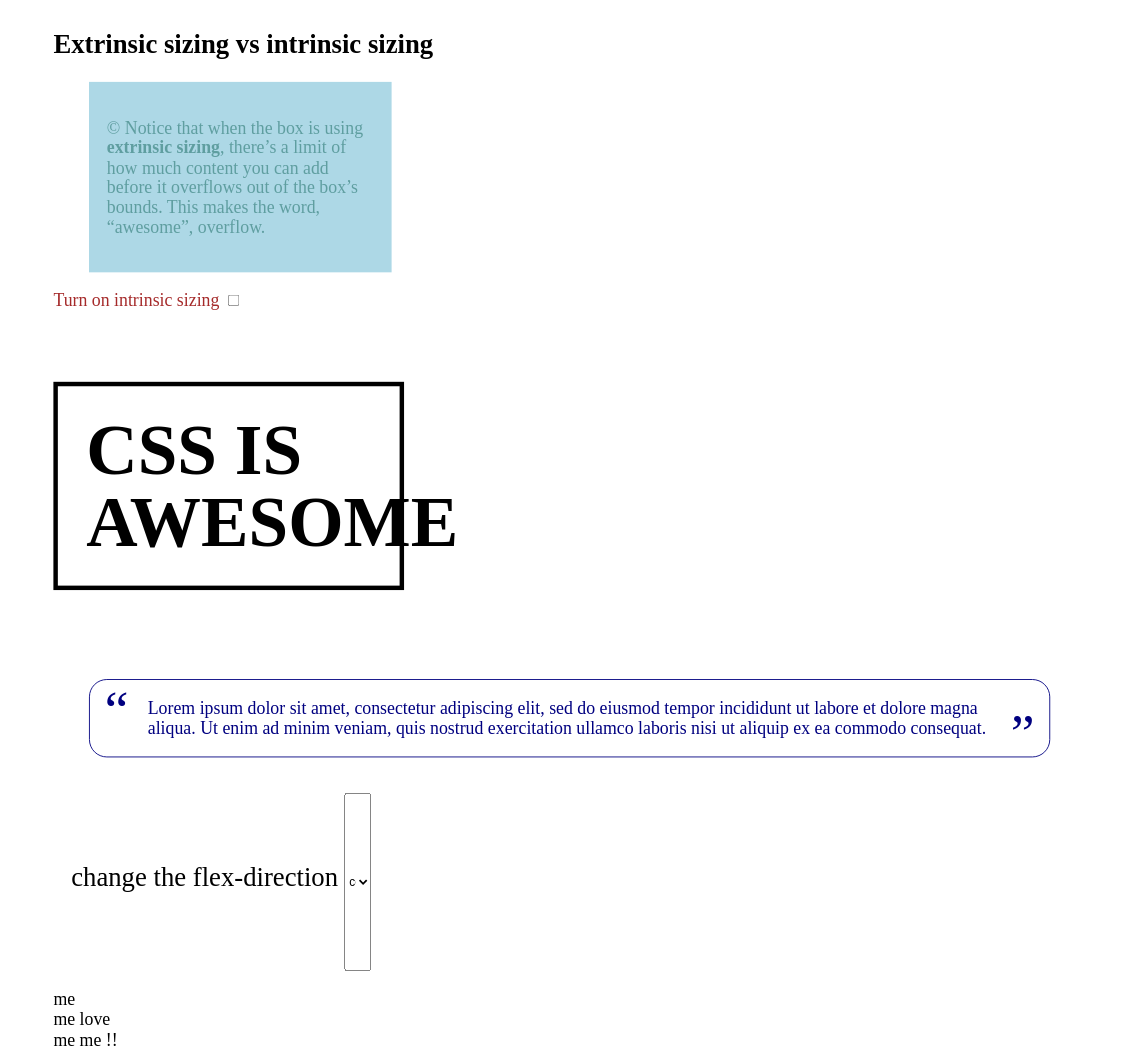
Repository: sristigupta04/basic-js-project
Page: box model/box.html
These files come from the project's save history. The page is drawn as it stood at one moment and after the next save; the edit follows.
The browser window is 1280 px wide. The pictures show the whole page, at 89% of full size.

Above is the page before, as saved 2025-11-03 01:24:24.

After the next save:
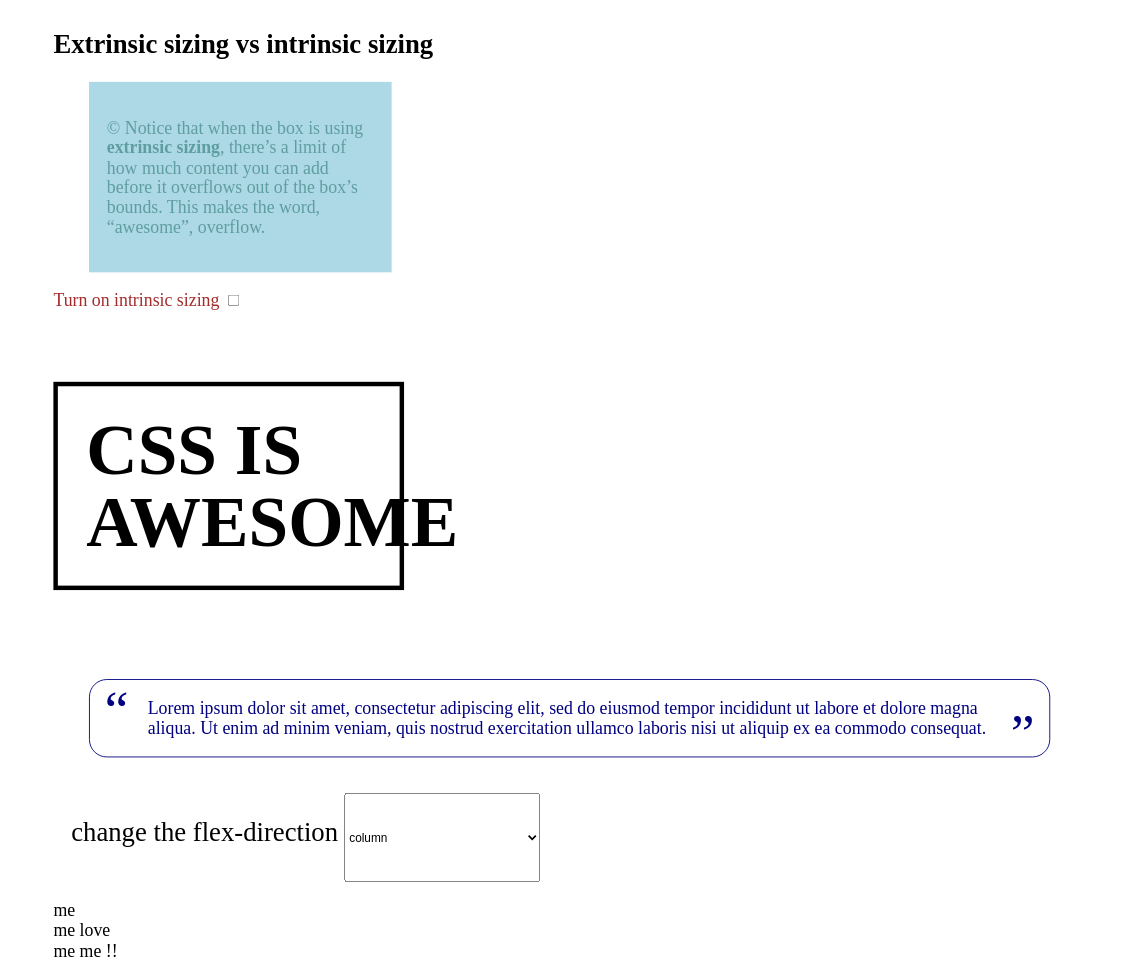
Saved 16 s later.
--- a/box model/box.css
+++ b/box model/box.css
@@ -92,6 +92,6 @@ body {
 
 }
 #switcher{
-    height: 200px;;
-    width: 30px;;
+    height: 100px;;
+    width: 220px;;
 }
